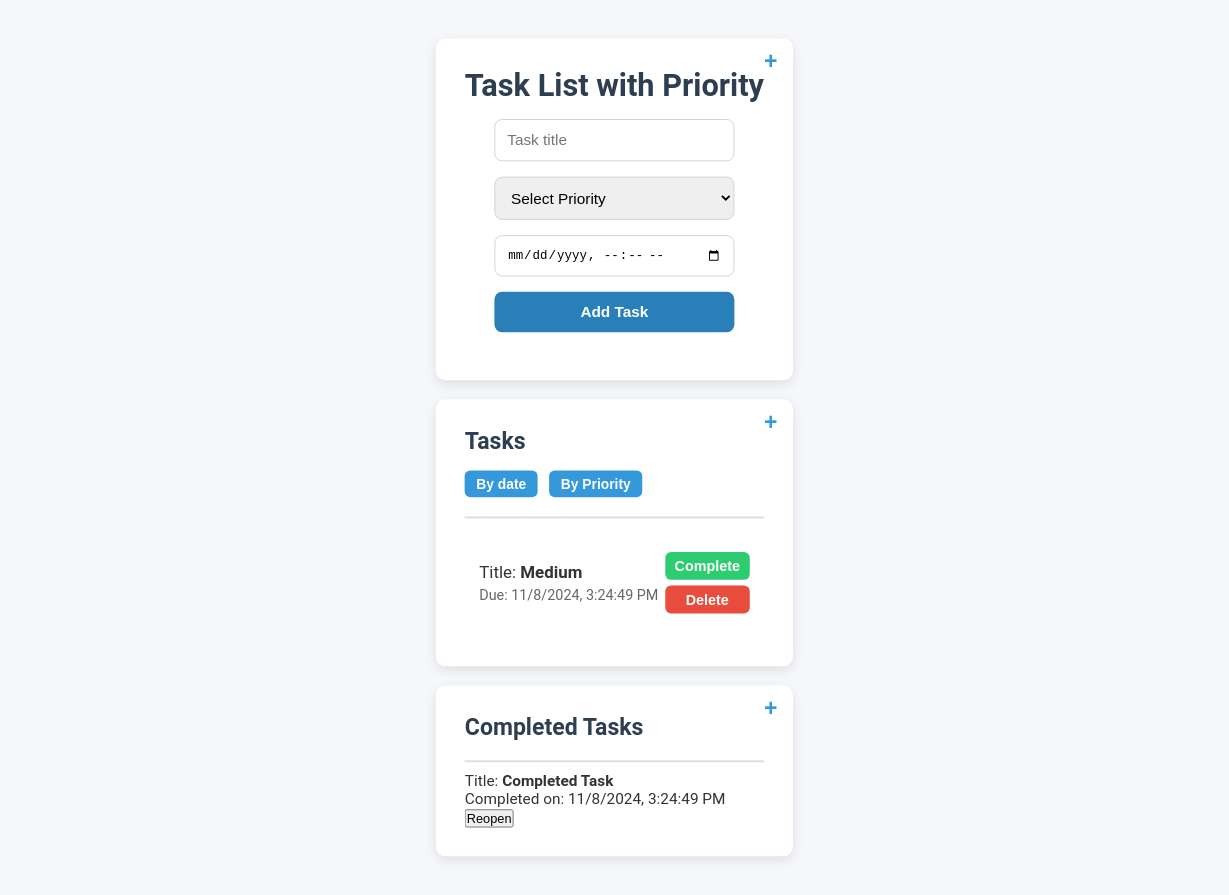
Repository: Lithium87/TaskList
Page: /
An editor plug-in stored every save of this project. The page is shown before and after the next save, followed by the edit.
The browser window is 1280 px wide. The pictures show the whole page, at 96% of full size.
The project was rebuilt for these pictures with package versions that can differ from the ones it lists, and the page was loaded fresh each time. Also part of the build but not shown: vite.config.js.

Above is the page before, as saved 2025-07-08 17:00:24.

### src/index.css
/* General app styles */
* {
  box-sizing: border-box;
  margin: 0;
  padding: 0;
}

body {
  font-family: "Roboto", sans-serif;
  background-color: #f5f7fa;
  display: flex;
  justify-content: center;
  align-items: flex-start;
  min-height: 100vh;
  padding: 40px;
  color: #333;
}

.app {
  display: flex;
  flex-direction: column;
  gap: 20px;
  max-width: 500px;
  width: 100%;
}

/* Main container for current tasks and completed tasks */
.task-container,
.completed-task-container {
  position: relative;
  background-color: #ffffff;
  border-radius: 10px;
  box-shadow: 0 4px 12px rgba(0, 0, 0, 0.1);
  padding: 30px;
}

/* Headings */
h1,
h2 {
  color: #2c3e50;
  margin-bottom: 16px;
}

/* Completed Task toggle button */
.completed-header {
  display: flex;
  align-items: center;
  justify-content: space-between;
}

.toggle-button {
  background: none;
  border: none;
  cursor: pointer;
  font-size: 1.2em;
  color: #3498db;
  transition: transform 0.3s ease;
}

.toggle-button.open {
  transform: rotate(180deg);
}

/* Sort buttons container */
.sort-controls {
  display: flex;
  justify-content: start;
  align-items: center;
  gap: 12px;
  margin-bottom: 20px;
}

/* Close/open button for sections */
.close-button {
  background: none;
  border: none;
  font-size: 1.5em;
  font-weight: bold;
  color: #3498db;
  cursor: pointer;
  position: absolute;
  top: 10px;
  right: 16px;
  padding: 0;
  transition: color 0.3s, transform 0.3s ease;
}

.close-button.open {
  transform: rotate(135deg); /* Turns "×" into "+" */
  color: #2980b9;
}

.close-button:hover {
  color: #2980b9;
}

/* Sort buttons */
.sort-button {
  padding: 6px 12px;
  background-color: #3498db;
  border: none;
  color: white;
  font-size: 0.9em;
  font-weight: bold;
  border-radius: 6px;
  cursor: pointer;
  transition: background-color 0.3s;
}

.sort-button.active {
  background-color: #2980b9;
  font-weight: bold;
}

.sort-button:hover {
  background-color: #2980b9;
}

/* Task form styles */
.task-form {
  display: flex;
  flex-direction: column;
  align-items: center;
  margin-bottom: 20px;
  animation: fade-in 0.5s ease-in-out;
}

.task-form input[type="text"],
.task-form select,
.task-form input[type="datetime-local"] {
  margin: 0 0 16px 0;
  padding: 12px;
  border-radius: 8px;
  border: 1px solid #ced4da;
  width: 80%;
  font-size: 1em;
  transition: border 0.3s;
}

.task-form input:focus,
.task-form select:focus,
.task-form input[type="datetime-local"]:focus {
  outline: none;
  border-color: #3498db;
}

.task-form button {
  padding: 12px 24px;
  border: none;
  background-color: #2980b9;
  color: white;
  font-size: 1em;
  font-weight: bold;
  border-radius: 8px;
  cursor: pointer;
  transition: background-color 0.3s, transform 0.2s;
  width: 80%;
}

.task-form button:hover {
  background-color: #2980b9;
  transform: translateY(-2px);
}

/* Task list styles */
.task-list,
.completed-task-list {
  list-style-type: none;
  padding: 0;
  width: 100%;
}

/* Task item styles */
.task-item {
  padding: 15px;
  border-radius: 8px;
  display: flex;
  justify-content: space-between;
  align-items: center;
  margin: 10px 0;
  font-size: 1.1em;
  transition: transform 0.2s, opacity 0.3s;
  animation: fade-in 0.5s ease-in-out;
}

.task-item.high {
  background-color: #f8d7da;
  color: #721c24;
  border-left: 6px solid #f5c6cb;
}

.task-item.medium {
  background-color: #fff3cd;
  color: #856404;
  border-left: 6px solid #ffeeba;
}

.task-item.low {
  background-color: #d4edda;
  color: #155724;
  border-left: 6px solid #c3e6cb;
}

.task-item:hover {
  transform: scale(1.02);
}

.task-info {
  flex: 1;
  text-align: left;
}

/* Date text style */
.task-deadline {
  font-size: 0.85em;
  color: #666;
  margin-top: 5px;
}

/* Buttons container for vertical alignment */
.task-buttons {
  display: flex;
  flex-direction: column;
  gap: 6px;
}

/* Complete button */
.complete-button {
  padding: 6px 10px;
  background-color: #2ecc71;
  border: none;
  color: white;
  border-radius: 6px;
  font-size: 0.85em;
  font-weight: bold;
  cursor: pointer;
  transition: background-color 0.3s, transform 0.2s;
}

.complete-button:hover {
  background-color: #27ae60;
  transform: translateY(-2px);
}

/* Delete button */
.delete-button {
  padding: 6px 10px;
  background-color: #e74c3c;
  border: none;
  color: white;
  border-radius: 6px;
  font-size: 0.85em;
  font-weight: bold;
  cursor: pointer;
  transition: background-color 0.3s, transform 0.2s;
}

.delete-button:hover {
  background-color: #c0392b;
  transform: translateY(-2px);
}

/* Completed task item */
.task-item.completed {
  background-color: #e0f7df;
  color: #155724;
  border-left: 6px solid #a5d6a7;
  opacity: 0.9;
}

/* Animation for completed tasks */
.completed-task-list .task-item {
  animation: fade-in 0.5s ease-in-out;
}

@keyframes fade-in {
  from {
    opacity: 0;
    transform: translateY(-10px);
  }
  to {
    opacity: 1;
    transform: translateY(0);
  }
}

/* Completed task list container with smooth slide-down effect */
.completed-task-list-container {
  overflow: hidden;
  max-height: 0;
  opacity: 0;
  transition: max-height 0.5s ease, opacity 0.5s ease;
}

.completed-task-list-container.open {
  max-height: 500px; /* Adjust as needed */
  opacity: 1;
}

/* Completed task list section */
.completed-task-list,
.task-list {
  margin-top: 20px;
  padding-top: 10px;
  border-top: 2px solid #ddd;
}

.footer {
  text-align: center;
  margin-top: 20px;
  padding: 10px;
  background-color: #f0f0f0;
  font-size: 0.9em;
}

### src/App.jsx
function App () {
  return (
    <div className="app">
      <div className="task-container">
        <h1>Task List with Priority</h1>
        <button className="close-button">+</button>
        <TaskForm />
      </div>

      <div className="task-container">
        <h2>Tasks</h2>
        <button className="close-button">+</button>
        <div className="sort-controls">
          <button className="sort-button">By date</button>
          <button className="sort-button">By Priority</button>
        </div>
        <TaskList />
      </div>

      <div className="completed-task-container">
        <h2>Completed Tasks</h2>
        <button className="close-button">+</button>
        <CompletedTaskList />
      </div>
    </div>
  );
}

const TaskForm = () => {
  return (
    <form className="task-form">
      <input type="text" value={''} placeholder="Task title" required />
      <select value={''} required>
        <option value="" disabled>Select Priority</option>
        <option value="low">Low Priority</option>
        <option value="medium">Medium Priority</option>
        <option value="high">High Priority</option>
      </select>
      <input type="datetime-local" value={''} required />
      <button type="submit">Add Task</button>
    </form>
  );
};

const TaskList = () => {
  return (
    <ul className="task-list">
      <TaskItem title="Task 1" priority="low" dueDate="2023-10-01T10:00" />
    </ul>
  );
};

const TaskItem = () => {
  return (
    <li className="task-item">
      <div className="task-info">
        <div>
          Title: <strong>Medium</strong>
        </div>
        <div className="task-deadline">
          Due: {new Date ().toLocaleString ()}
        </div>
      </div>
      <div className="task-buttons">
        <button className="complete-button">Complete</button>
        <button className="delete-button">Delete</button>
      </div>
    </li>
  );
};

const CompletedTaskList = () => {
  return (
    <ul className="completed-task-list">
      <CompletedTaskItem title="Completed Task 1" />
    </ul>
  );
};

const CompletedTaskItem = () => {
  return (
    <li className="completed-task-item">
      <div className="completed-task-info">
        <div>
          Title: <strong>Completed Task</strong>
        </div>
        <div className="completed-task-date">
          Completed on: {new Date ().toLocaleString ()}
        </div>
      </div>
      <button className="reopen-button">Reopen</button>
    </li>
  );
};

export default App;

Loaded but not shown: src/main.jsx (common file)

After the next save:
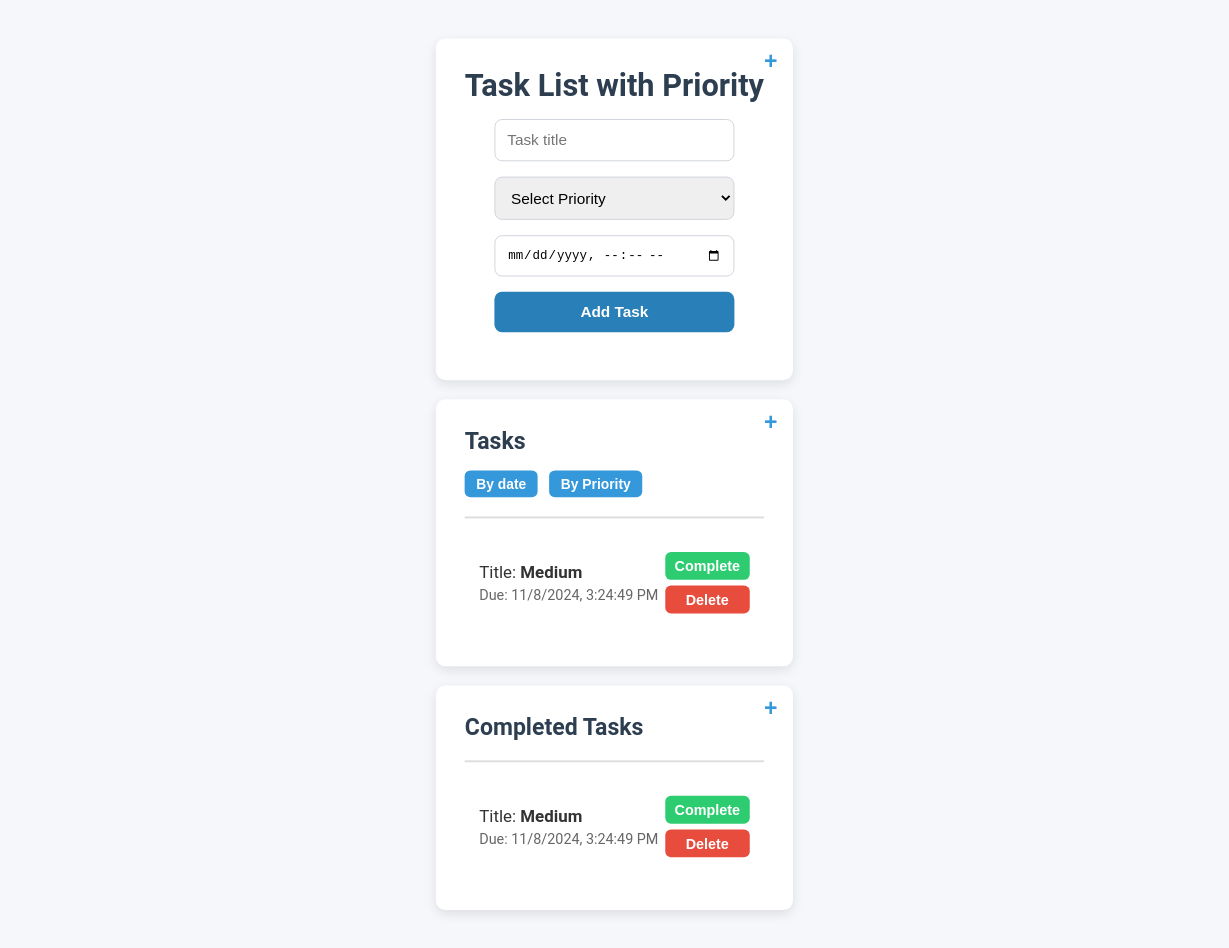
Saved 2 min 30 s later.
--- a/src/App.jsx
+++ b/src/App.jsx
@@ -72,7 +72,7 @@ const TaskItem = () => {
 const CompletedTaskList = () => {
   return (
     <ul className="completed-task-list">
-      <CompletedTaskItem title="Completed Task 1" />
+      <TaskItem />
     </ul>
   );
 };
